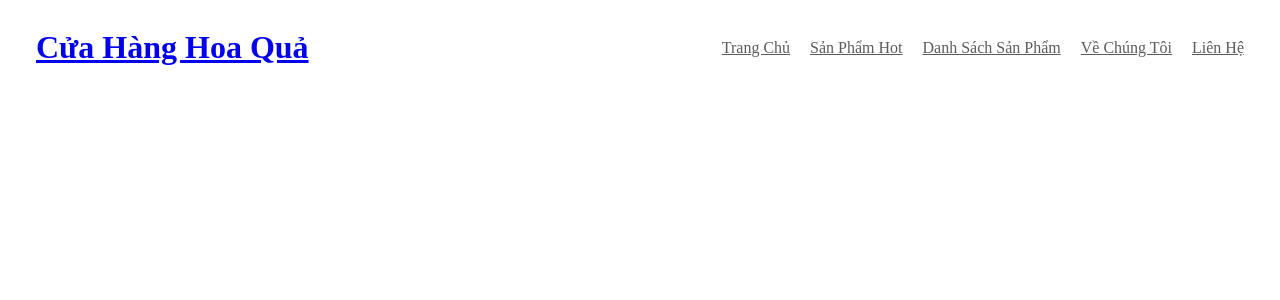
Repository: kieuduc123/HoaQua
Page: index.html
The author's editor kept a copy of each file at every save. The page is drawn from the files as they stood at one save, then again after the next save.
The browser window is 1280 px wide. The pictures show the whole page.

Above is the page before, as saved 2023-11-29 20:58:07.

After the next save:
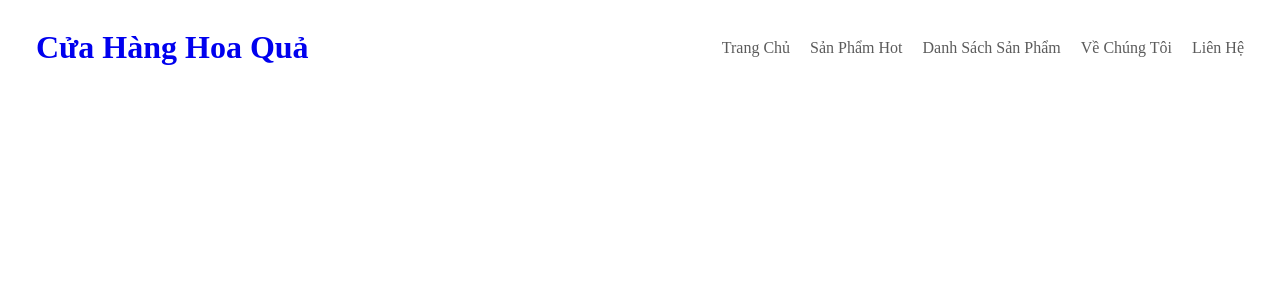
Saved 69 s later.
--- a/asset/style.css
+++ b/asset/style.css
@@ -1,4 +1,7 @@
-
+li ,a{
+    text-decoration: none;
+    list-style: none;
+}
 .container {
     margin: 0 auto;
     width: 1208px;
@@ -8,6 +11,7 @@
     justify-content: space-between;
     align-items: center;
 }
+
 .header ul{
     display: flex;
     justify-content: center;
@@ -15,7 +19,6 @@
 }
 .header li{
     padding-left: 20px;
-     list-style: none;
 }
 .header li a {
     color: #5b5b5b;
